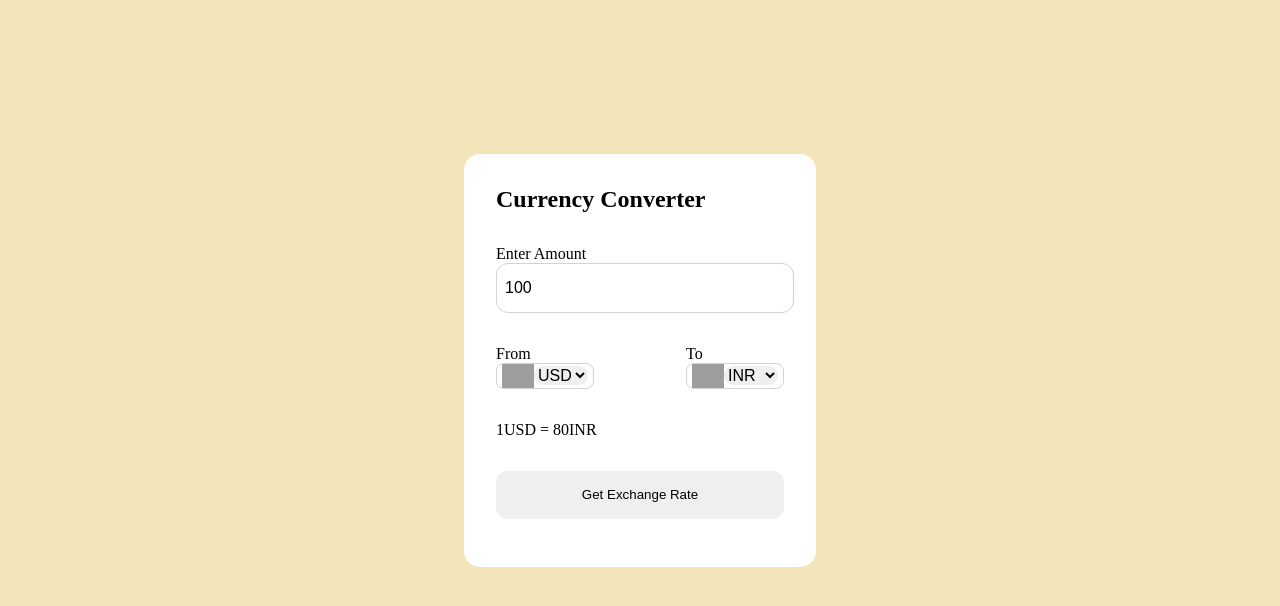
Repository: Kunal-Rajput76/currency-converter
Page: index.html
These files come from the project's save history. The page is drawn as it stood at one moment and after a run of saves; the edit follows.
The browser window is 1280 px wide. The pictures show the whole page.
Pictures or frames that could not be fetched are drawn as grey boxes.

Above is the page before, as saved 2025-10-18 11:37:50.

After the next 5 saves:
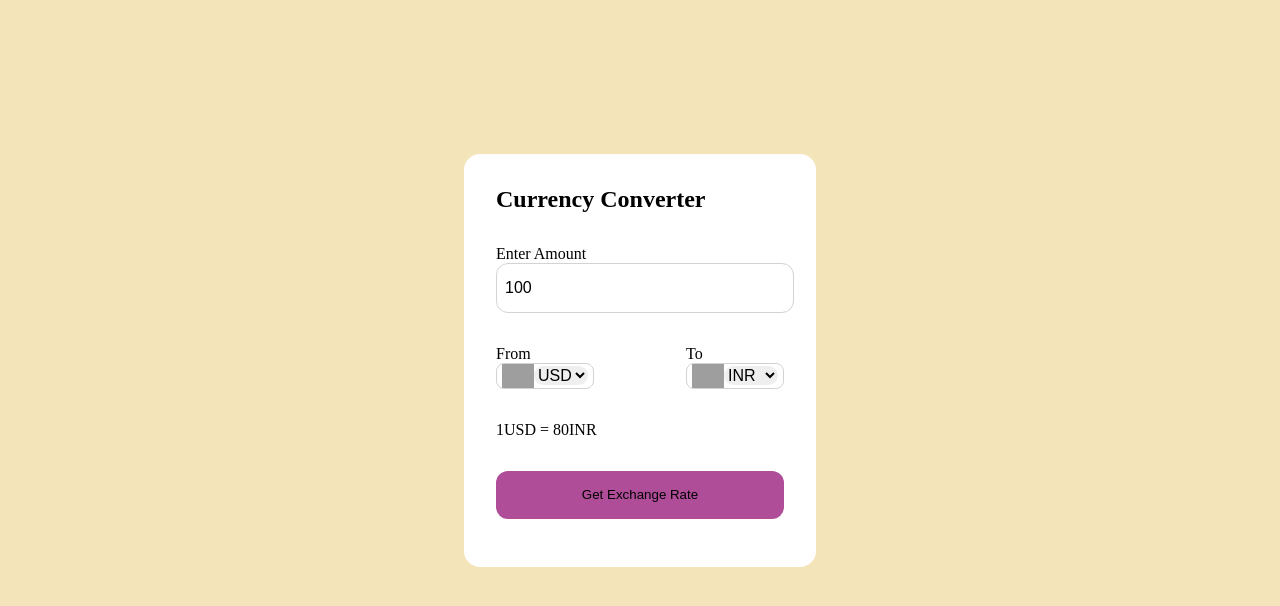
The 5 saves are shown as one change because they came seconds apart.
The last was saved 11 s later.
--- a/style.css
+++ b/style.css
@@ -69,5 +69,6 @@ form input{
 }
 form button{
     height: 3rem;
-    background-color: ;
+    background-color: #af4d98;
+    color: ;
 }
